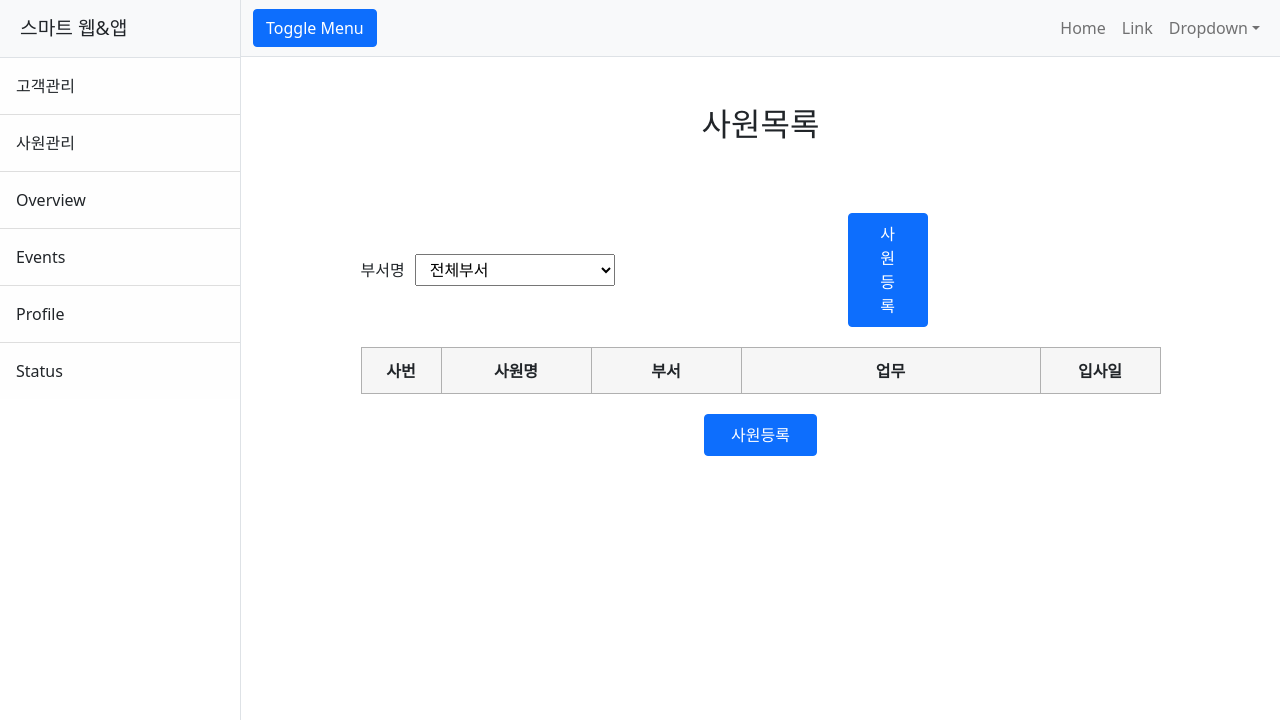
Repository: iwonhee/Study_Servlet
Page: http://localhost/web/employee/list.jsp
The author's editor kept a copy of each file at every save. The page is drawn from the files as they stood at one save, then again after the next save.
The browser window is 1280 px wide. The pictures show the whole page.
The page is served by Tomcat 9. The template is opened directly, without the code that normally fills it, so the values that code supplies are empty.

Above is the page before, as saved 2022-11-28 08:00:25.

After the next save:
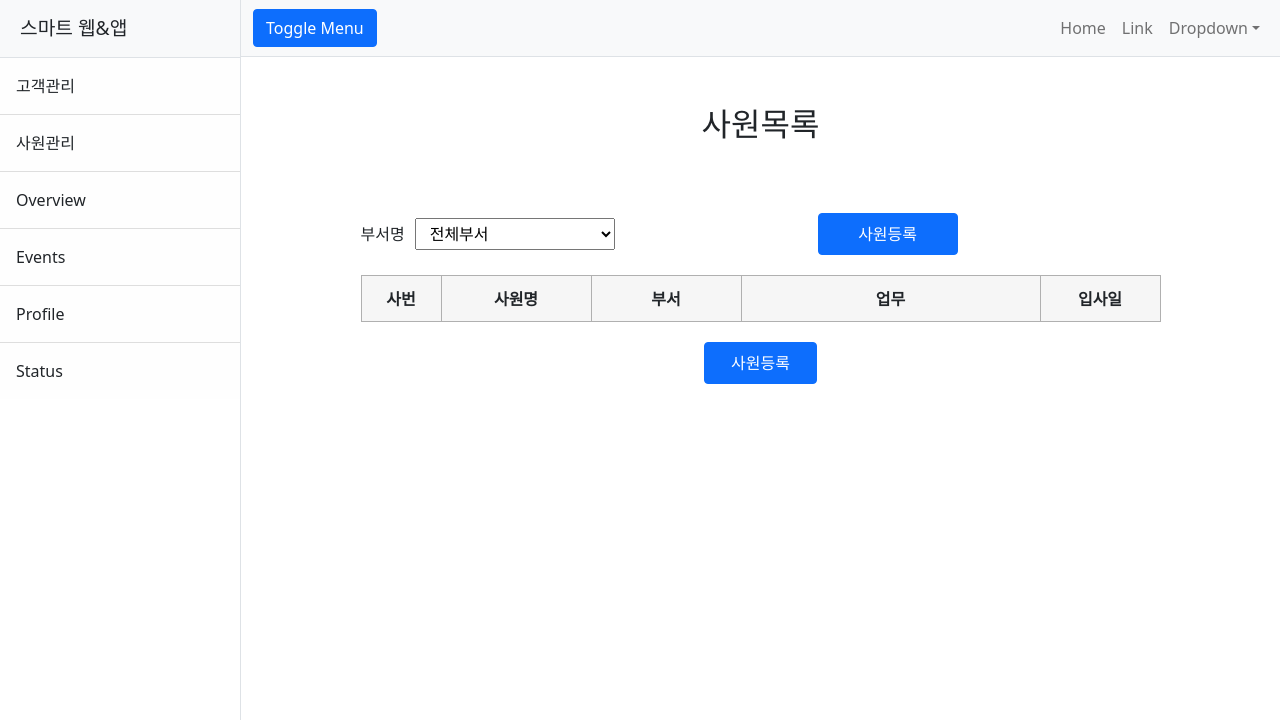
Saved 8 s later.
--- a/web/src/main/webapp/employee/list.jsp
+++ b/web/src/main/webapp/employee/list.jsp
@@ -37,7 +37,7 @@
 	    	</div>
 
 	    	<div class='btnSet'>
-	    		<button class='btn btn-primary w-px80'
+	    		<button class='btn btn-primary w-px140'
 	    				onclick='location="insert.hr"'>사원등록</button>
 	    	</div>
 	    </div>
